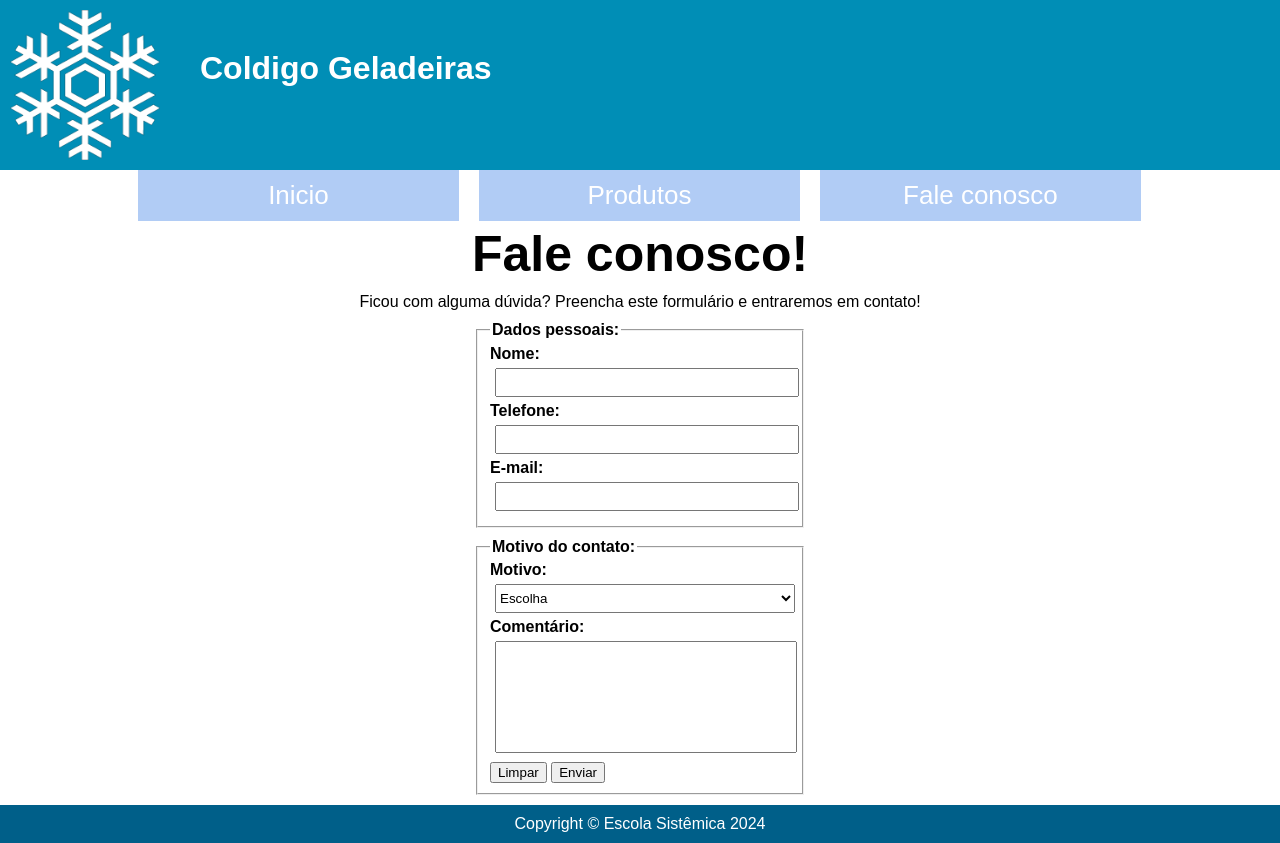
Repository: AndreiLGomes/faculdade
Page: http://localhost/ProjetoTrilhaWeb/pages/site/faleconosco.html
An editor plug-in stored every save of this project. The page is shown before and after the next save, followed by the edit.
The browser window is 1280 px wide. The pictures show the whole page.
The page is served by Tomcat 9.

Above is the page before, as saved 2024-04-10 23:31:37.

After the next save:
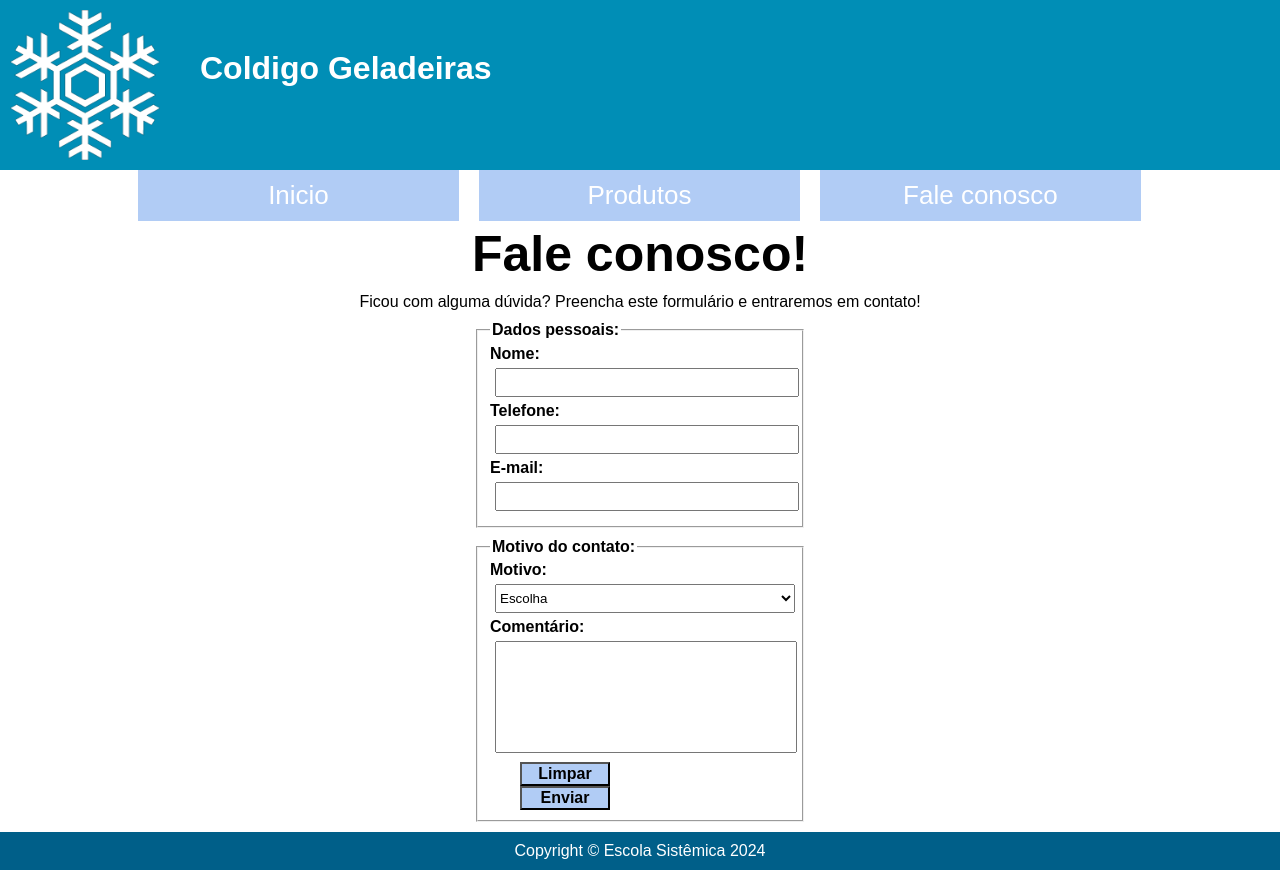
Saved 2 min 51 s later.
--- a/2 ano/WorkspaceTrilhaWeb/ProjetoTrilhaWeb/src/main/webapp/css/site.css
+++ b/2 ano/WorkspaceTrilhaWeb/ProjetoTrilhaWeb/src/main/webapp/css/site.css
@@ -164,3 +164,11 @@ tr:nth-child(odd){
 	height: 100px;
 	resize: none;
 }
+
+.faleConosco button{
+	width: 30%;
+	margin: 0 10%;
+	background-color: #b1ccf5;
+	font-weight: bold;
+	font-size: 16px;
+}
